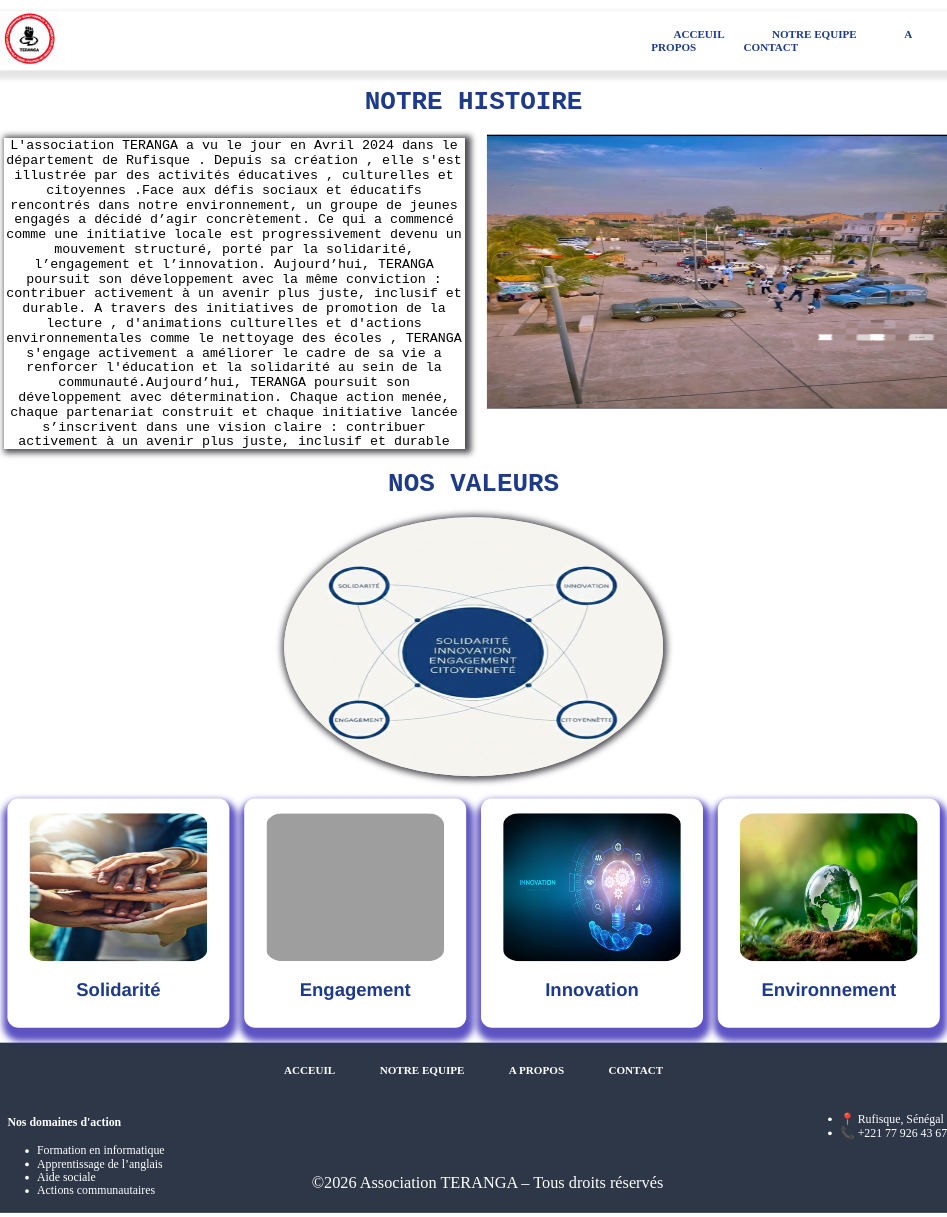
Repository: assanendao171/projet-teranga
Page: propos.html
The author's editor kept a copy of each file at every save. The page is drawn from the files as they stood at one save, then again after a run of saves.
The browser window is 1280 px wide. The pictures show the whole page, at 74% of full size.
Pictures or frames that could not be fetched are drawn as grey boxes.

Above is the page before, as saved 2026-02-12 13:28:36.

After the next 6 saves:
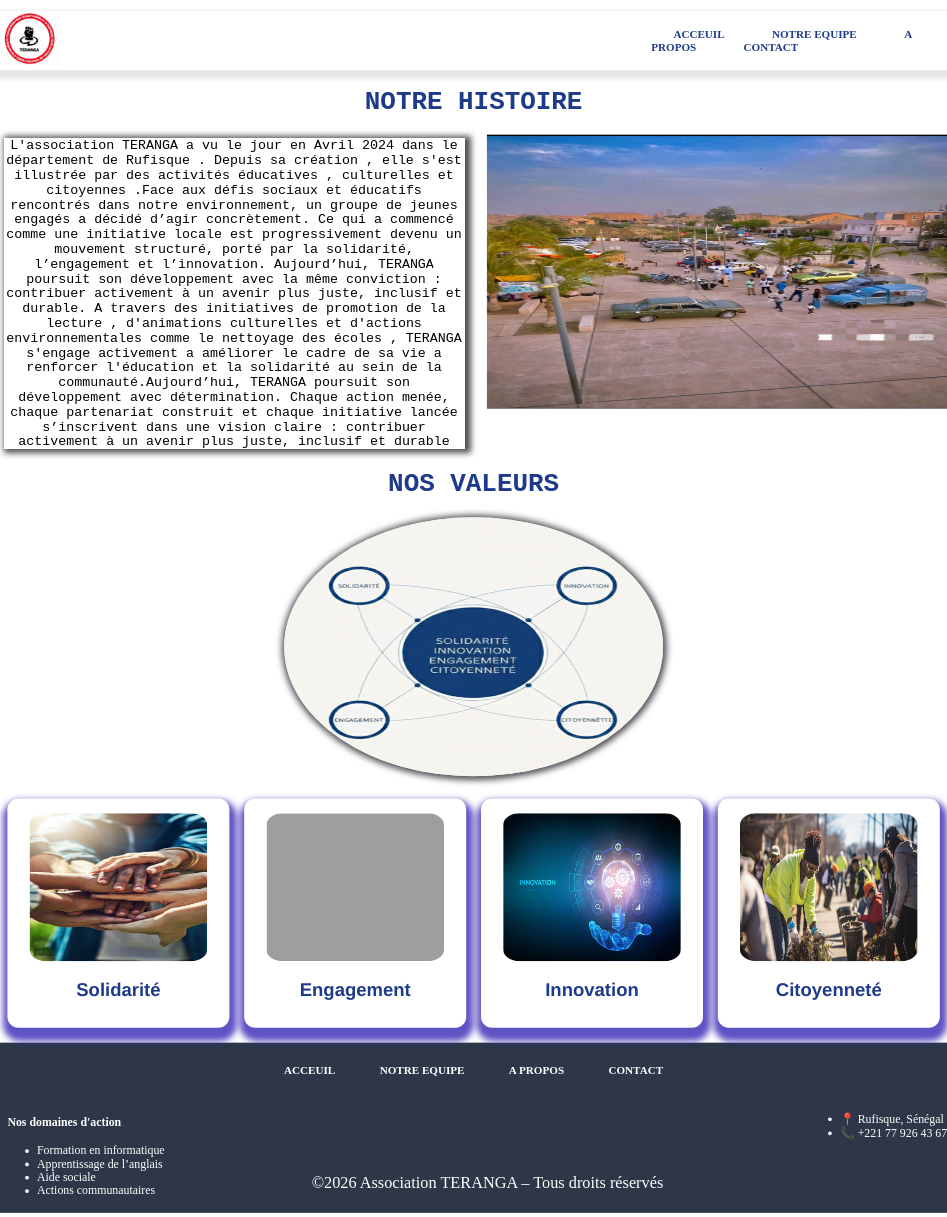
The 6 saves are shown as one change because they came seconds apart.
The last was saved 18 s later.
--- a/propos.html
+++ b/propos.html
@@ -70,10 +70,10 @@ Aujourd’hui, TERANGA poursuit son développement avec la même conviction : co
         </div>
                 <div class="image1">
           <img
-            src="image/environnement.jpg"
+            src="image/citoyennete.jpg"
             alt="environnement"
             class="image-aide" />
-          <span id="texte-aide-social">Environnement</span>
+          <span id="texte-aide-social">Citoyenneté</span>
           <!-- ______________________________________________ -->
         </div>
       </div>
